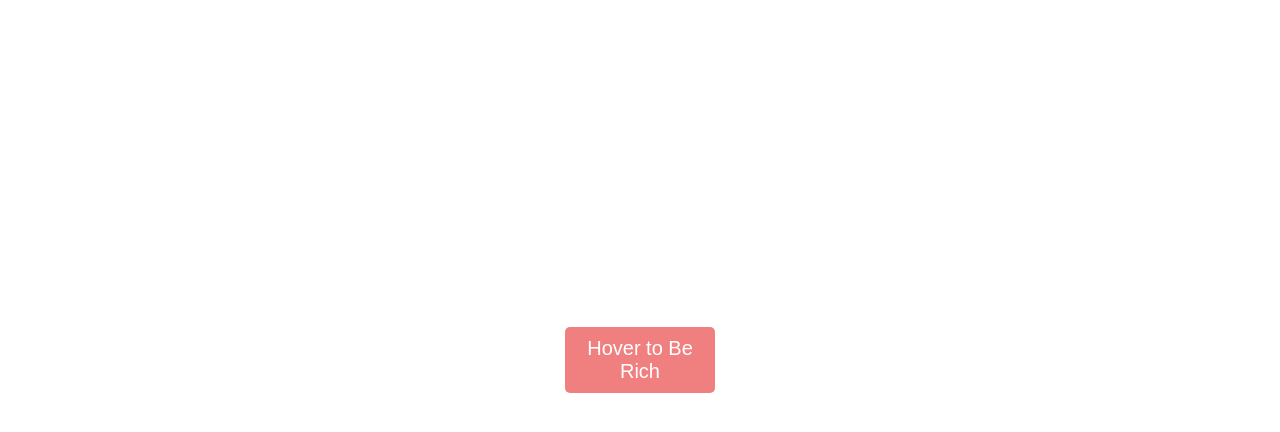
Repository: safak/animation
Page: index.html
These files come from the project's save history. The page is drawn as it stood at one moment and after the next save; the edit follows.
The browser window is 1280 px wide. The pictures show the whole page.
The pointer rests on the first visible `.button-1`.

Above is the page before, as saved 2020-12-17 01:40:21.

After the next save:
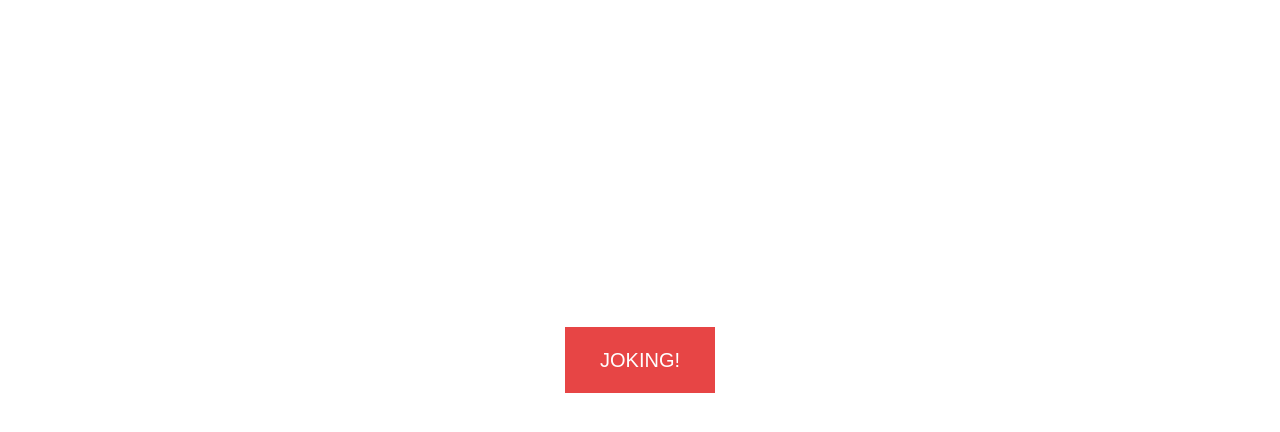
Saved 9 s later.
--- a/style.css
+++ b/style.css
@@ -25,7 +25,7 @@ button {
   position: relative;
 }
 
-.button-1:hover .button-1::before{
+.button-1:hover.button-1::before{
   position: absolute;
   width: 100%;
   height: 100%;
